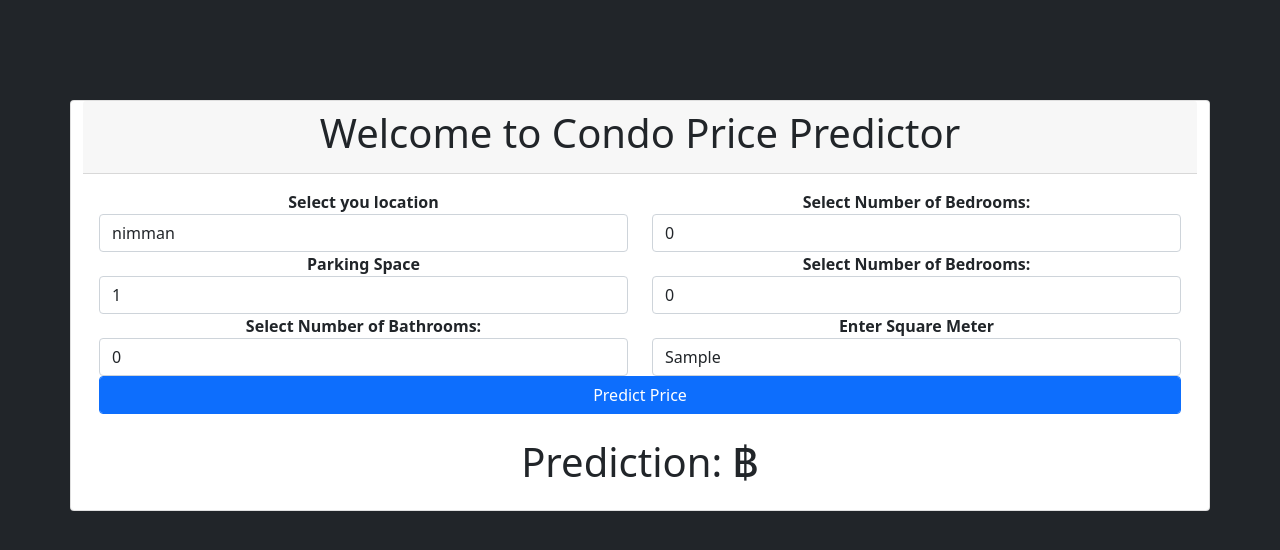
Repository: myothida/condoprice_CNX
Page: http://localhost/
An editor plug-in stored every save of this project. The page is shown before and after the next save, followed by the edit.
The browser window is 1280 px wide. The pictures show the whole page.
Empty fields were first filled with sample values (such as "Sample", 5 or name@example.com).
After loading, the first visible `button.btn` was clicked once.
The page is served by the project's application, run on Flask 3 (main.py).

Above is the page before, as saved 2023-09-29 02:23:49.

### templates/index.html
<!DOCTYPE html>
<html lang="en">
  <head>
    <!-- Required meta tags -->
    <meta charset="utf-8" />
    <meta name="viewport" content="width=device-width, initial-scale=1" />

    <!-- Bootstrap CSS -->
    <link
      href="https://cdn.jsdelivr.net/npm/bootstrap@5.0.2/dist/css/bootstrap.min.css"
      rel="stylesheet"
      integrity="sha384-EVSTQN3/azprG1Anm3QDgpJLIm9Nao0Yz1ztcQTwFspd3yD65VohhpuuCOmLASjC"
      crossorigin="anonymous"
    />

    <title>Condo Price Predictor</title>
  </head>
  <body class="bg-dark">
    <div class="container">
      <div class="row">
        <div class="card" style="width: 100%; height: 100%; margin-top: 100px">
          <div class="card-header" style="text-align: center">
            <h1>Welcome to Condo Price Predictor</h1>
          </div>
          <div class="card-body">
            <form method="post" accept-charset="utf-8">
              <div class="row">
                <div class="col-md-6 form-group" style="text-align: center">
                  <label><b>Select you location</b></label>
                  <select
                    class="select-picker form-control"
                    id="location"
                    name="location"
                  >
                    <option>nimman</option>
                    <option>change phueak</option>
                    <option>suthep</option>
                    <option>faham</option>
                    <option>muang</option>
                  </select>
                </div>
                <div class="col-md-6 form-group" style="text-align: center">
                  <label><b>Select Number of Bedrooms:</b></label>
                  <select
                    class="select-picker form-control"
                    id="bedroom"
                    name="bedroom"
                  >
                    <option>0</option>
                    <option>1</option>
                    <option>2</option>
                    <option>3</option>
                  </select>
                </div>

                <div class="col-md-6 form-group" style="text-align: center">
                  <label><b>Parking Space</b></label>
                  <select
                    class="select-picker form-control"
                    id="parking"
                    name="parking"
                    required="required"
                  >
                    <option>1</option>
                    <option>2</option>
                    <option>3</option>
                  </select>
                </div>
                <div class="col-md-6 form-group" style="text-align: center">
                  <label><b>Select Number of Bedrooms:</b></label>
                  <select
                    class="select-picker form-control"
                    id="bedroom"
                    name="bedroom"
                  >
                    <option>0</option>
                    <option>1</option>
                    <option>2</option>
                    <option>3</option>
                  </select>
                </div>
                <div class="col-md-6 form-group" style="text-align: center">
                  <label><b>Select Number of Bathrooms:</b></label>
                  <select
                    class="select-picker form-control"
                    id="bathroom"
                    name="bathroom"
                  >
                    <option>0</option>
                    <option>1</option>
                    <option>2</option>
                    <option>3</option>
                  </select>
                </div>
                <div class="col-md-6 form-group" style="text-align: center">
                  <label><b>Enter Square Meter</b></label>
                  <input
                    type="text"
                    class="form-control"
                    id="sqm"
                    name="sqm"
                    placeholder="Enter Square Meter"
                  />
                </div>
                <div class="col-md-12 form-group" style="text-align: center">
                  <button
                    class="btn btn-primary form-control"
                    onclick="predictPrice()"
                    type="button"
                  >
                    Predict Price
                  </button>
                </div>
              </div>
            </form>
            <br />

            <div class="col-md-12" style="text-align: center">
              <h1><span id="prediction"></span></h1>
            </div>
          </div>
        </div>
      </div>
    </div>

    <script>
      function predictPrice() {
        // Get user-selected values from the form elements
        var parking = document.getElementById("parking").value;
        var sqm = document.getElementById("sqm").value;
        var bedroom = document.getElementById("bedroom").value;
        var bathroom = document.getElementById("bathroom").value;

        var data = {
          sqm: sqm,
          bedroom: bedroom,
          bathroom: bathroom,
          parking: parking,
        };

        // Create a JSON object to send to the Flask server
        var data = {
          parking: parking,
          sqm: sqm,
          bedroom: bedroom,
          bathroom: bathroom,
        };

        // Send the data to the Flask server for prediction
        var xhr = new XMLHttpRequest();
        xhr.open("POST", "/predict", true);
        document.getElementById("prediction").innerHTML =
          "Wait Predicting Price!...";
        xhr.setRequestHeader("Content-Type", "application/json;charset=UTF-8"); // Set the content type to JSON
        xhr.onreadystatechange = function () {
          if (xhr.readyState == XMLHttpRequest.DONE) {
            document.getElementById("prediction").innerHTML =
              "Prediction:  ฿ " + xhr.responseText;
          }
        };
        xhr.send(JSON.stringify(data)); // Send data as JSON
      }
    </script>

    <!-- Option 2: Separate Popper and Bootstrap JS -->
    <script
      src="https://cdn.jsdelivr.net/npm/@popperjs/core@2.9.2/dist/umd/popper.min.js"
      integrity="sha384-IQsoLXl5PILFhosVNubq5LC7Qb9DXgDA9i+tQ8Zj3iwWAwPtgFTxbJ8NT4GN1R8p"
      crossorigin="anonymous"
    ></script>
    <script
      src="https://cdn.jsdelivr.net/npm/bootstrap@5.0.2/dist/js/bootstrap.min.js"
      integrity="sha384-cVKIPhGWiC2Al4u+LWgxfKTRIcfu0JTxR+EQDz/bgldoEyl4H0zUF0QKbrJ0EcQF"
      crossorigin="anonymous"
    ></script>
  </body>
</html>

### main.py
from flask import Flask, render_template, request, jsonify
import pandas as pd
import pickle
import logging


app = Flask(__name__)

# Load the trained model
with open('condo_price_model.pkl', 'rb') as model_file:
    model = pickle.load(model_file)

# Define the index route
@app.route('/')
def index():
    return render_template('index.html')

# Define the predict route to handle form submissions
@app.route('/predict', methods=['POST'])
def predict():
    if request.method == 'POST':

        # Extract user input from the JSON data sent by the front-end
        data = request.get_json()

        # Extract values from the data
        sqm = float(data['sqm'])
        bedroom = int(data['bedroom'])
        bathroom = int(data['bathroom'])
        parking = int(data['parking'])


        print("User selected:")
        print(f"Square Meter: {sqm}")
        print(f"Bedrooms: {bedroom}")
        print(f"Bathrooms: {bathroom}")
        print(f"Parking Spaces: {parking}")

        # Create a DataFrame with the correct order of features
        input_data = pd.DataFrame({'bedroom': [bedroom], 'bathroom': [bathroom], 'sqm': [sqm], 'parking': [parking]})


        # Make the prediction using the model
        prediction = model.predict(input_data)[0]

        # Return the prediction result as JSON
        return jsonify({'prediction':prediction})

# Run the Flask app
if __name__ == "__main__":
    app.run(debug=True, port=5001)

After the next save:
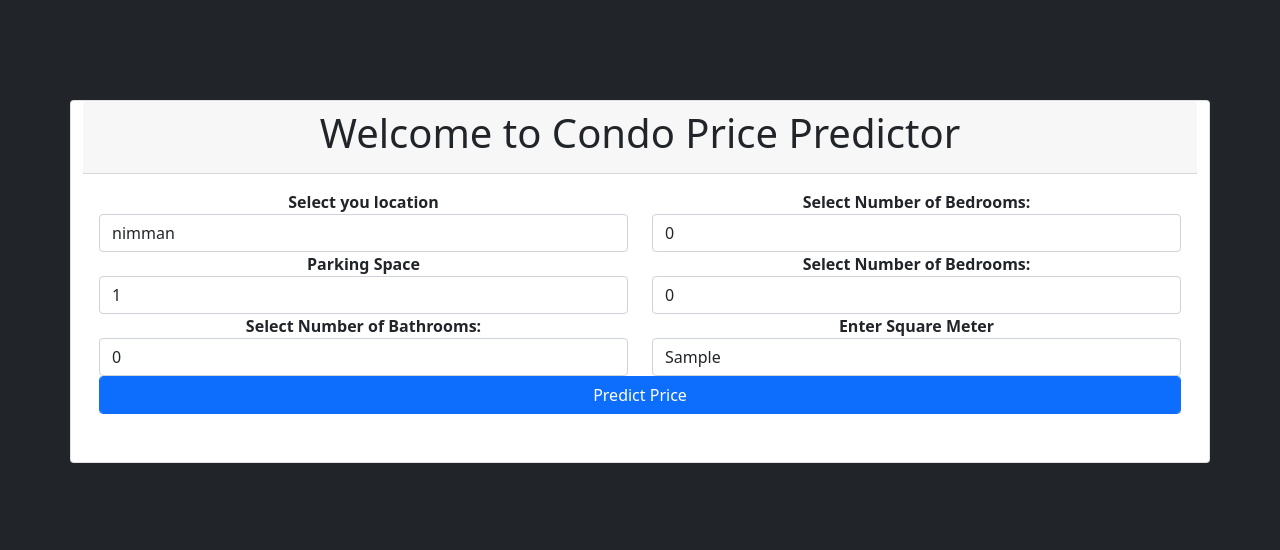
Saved 20 s later.
--- a/templates/index.html
+++ b/templates/index.html
@@ -154,8 +154,7 @@
         xhr.setRequestHeader("Content-Type", "application/json;charset=UTF-8"); // Set the content type to JSON
         xhr.onreadystatechange = function () {
           if (xhr.readyState == XMLHttpRequest.DONE) {
-            document.getElementById("prediction").innerHTML =
-              "Prediction:  ฿ " + xhr.responseText;
+            document.getElementById("prediction").innerHTML = xhr.responseText;
           }
         };
         xhr.send(JSON.stringify(data)); // Send data as JSON
